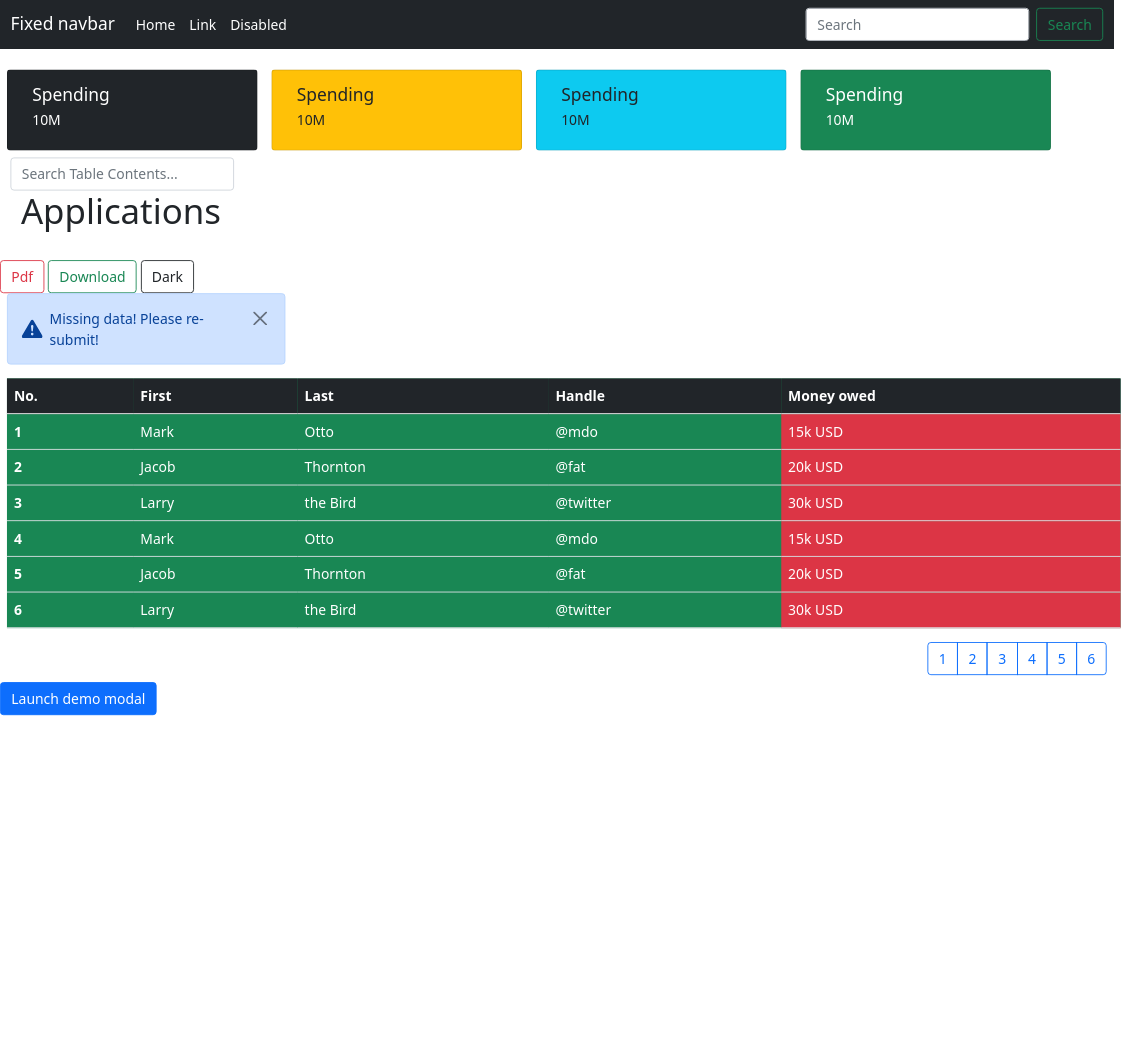
Repository: Dayvid0/BOOTSTRAP-TUTORIALS
Page: BOOTSTRAP-GRID-LAYOUTS/zylo.html
These files come from the project's save history. The page is drawn as it stood at one moment and after the next save; the edit follows.
The browser window is 1280 px wide. The page is 1316 px wide, so the pictures cover 1316 px, including what lies to the right of the window. The pictures show the whole page, at 87% of full size.

Above is the page before, as saved 2025-02-01 09:32:01.

After the next save:
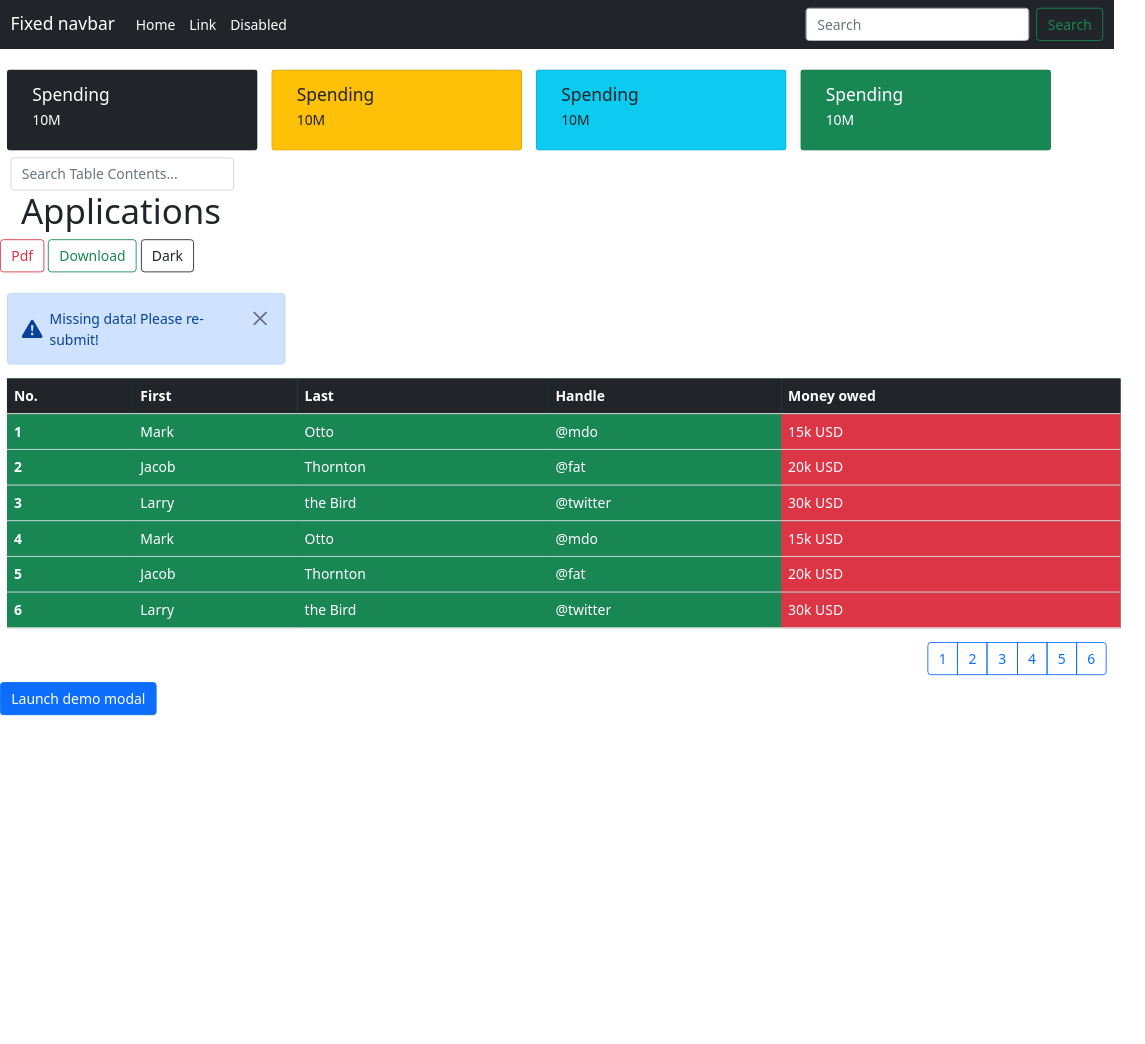
Saved 22 s later.
--- a/BOOTSTRAP-GRID-LAYOUTS/zylo.html
+++ b/BOOTSTRAP-GRID-LAYOUTS/zylo.html
@@ -68,12 +68,12 @@
         </div>
       </div>
     </nav>
-      <div class="row pb-4">
+      <div class="row ">
         <input class="form-control  mx-4 w-auto " type="search" placeholder="Search Table Contents..." aria-label="Search">
         <h1 class="mx-4">Applications</h1>
       </div>
       <!--buttons-->
-      <div class="col " style="justify-content: end;">
+      <div class="col pb-4 " style="justify-content: end;">
         <button type="button" class="btn btn-outline-danger">Pdf</button>
         <button type="button" class="btn btn-outline-success">Download</button>
         <button type="button" class="btn btn-outline-dark">Dark</button>
